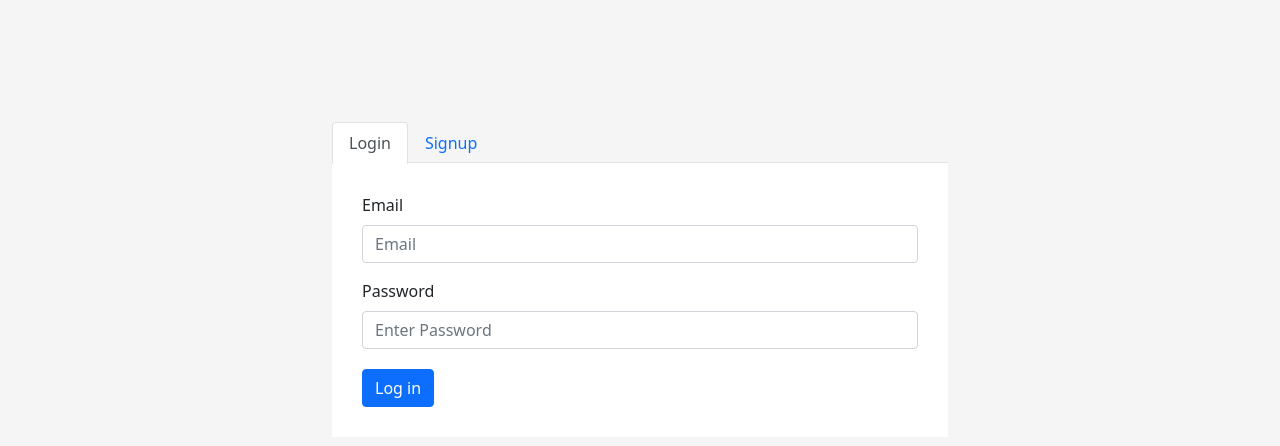
Repository: rabin-bhandari/LOGIN-SIGNUP
Page: http://localhost/
An editor plug-in stored every save of this project. The page is shown before and after the next save, followed by the edit.
The browser window is 1280 px wide. The pictures show the whole page.
Some web libraries are served in a nearby version. The page is run by PHP 8.4 with error messages shown; the project is at /var/www/html/.

Above is the page before, as saved 2022-03-28 04:43:09.

### index.php
<?php
session_start();
if (isset($_SESSION['id']) && isset($_SESSION['email'])) {
    header("Location: welcome.php");
}

?>
<!DOCTYPE html>
<html lang="en">

<head>
    <!-- Required meta tags -->
    <meta charset="utf-8" />
    <meta name="viewport" content="width=device-width, initial-scale=1" />

    <!-- Bootstrap CSS -->
    <link href="https://cdn.jsdelivr.net/npm/bootstrap@5.1.3/dist/css/bootstrap.min.css" rel="stylesheet" integrity="sha384-1BmE4kWBq78iYhFldvKuhfTAU6auU8tT94WrHftjDbrCEXSU1oBoqyl2QvZ6jIW3" crossorigin="anonymous" />
    <link rel="stylesheet" href="main.css" />
    <title>LOGIN-SIGNUP (JQuery)</title>
</head>

<body>
    <div class="container">
        <nav>
            <div class="nav nav-tabs" id="nav-tab" role="tablist">
                <button class="nav-link active" id="nav-home-tab" data-bs-toggle="tab" data-bs-target="#nav-login" type="button" role="tab" aria-controls="nav-login" aria-selected="true">Login</button>
                <button class="nav-link" id="nav-profile-tab" data-bs-toggle="tab" data-bs-target="#nav-signup" type="button" role="tab" aria-controls="nav-signup" aria-selected="false">Signup</button>
            </div>
        </nav>
        <div class="tab-content" id="nav-tabContent">
            <div class="tab-pane fade show active" id="nav-login" role="tabpanel" aria-labelledby="nav-login-tab">
                <form id="login-form" method="post" action="login.php" class="needs-validation" novalidate>
                    <div class="form-row">
                        <div class="mb-3">
                            <label for="email" class="form-label">Email</label>
                            <input name="email" type="email" class="form-control" id="email" placeholder="Email" required />
                            <div class="valid-feedback">
                                Looks good!
                            </div>
                        </div>
                    </div>
                    <div class="form-row">
                        <div class="mb-3">
                            <label for="password" class="form-label">Password</label>
                            <input name="password" type="password" class="form-control" id="password" placeholder="Enter Password" required />
                            <div class="valid-feedback">
                                Looks good!
                            </div>
                        </div>
                    </div>
                    <button class="btn btn-primary mt-1" type="submit">Log in</button>
                </form>
            </div>
            <div class="tab-pane fade" id="nav-signup" role="tabpanel" aria-labelledby="nav-signup-tab">
                <form id="signup-form" action="signup.php" method="post" class="needs-validation" novalidate>
                    <div class="row g-3 mb-3">
                        <div class="col-md-6">
                            <label for="first-name" class="form-label">First name</label>
                            <input type="text" class="form-control" id="first-name" name="fname" placeholder="First name" required>
                        </div>
                        <div class="col-md-6">
                            <label for="last-name" class="form-label">Last name</label>
                            <input type="text" class="form-control" id="last-name" name="lname" placeholder="Last name" required>

                        </div>
                    </div>
                    <div class="form-row">
                        <div class="mb-3">
                            <label for="email" class="form-label">Email</label>
                            <input type="email" class="form-control" id="email" name="email" placeholder="Email" required />
                        </div>
                    </div>
                    <div class="form-row">
                        <div class="mb-3">
                            <label for="validation1" class="form-label">Password</label>
                            <input type="password" class="form-control" id="validation1" name="validation1" placeholder="Enter Password" required />
                        </div>
                    </div>
                    <div class="form-row">
                        <div class="mb-3">
                            <label for="validation2" class="form-label">Confirm Password</label>
                            <input type="password" class="form-control" id="validation2" name="validation2" oninput="validate_pw2(this)" placeholder="Re-Enter Password" required />
                            <div class="invalid-feedback">
                                Password's do not match!
                            </div>
                        </div>
                    </div>
                    <button id="btn2" class="btn btn-primary mt-1" type="submit">Sign Up</button>
                </form>
            </div>
        </div>
    </div>
    <script src="https://code.jquery.com/jquery-3.6.0.min.js" integrity="sha256-/xUj+3OJU5yExlq6GSYGSHk7tPXikynS7ogEvDej/m4=" crossorigin="anonymous"></script>
    <script src="https://cdn.jsdelivr.net/npm/jquery-validation@1.19.3/dist/jquery.validate.min.js"></script>
    <script src="https://cdn.jsdelivr.net/npm/@popperjs/core@2.10.2/dist/umd/popper.min.js" integrity="sha384-7+zCNj/IqJ95wo16oMtfsKbZ9ccEh31eOz1HGyDuCQ6wgnyJNSYdrPa03rtR1zdB" crossorigin="anonymous"></script>
    <script src="https://cdn.jsdelivr.net/npm/bootstrap@5.1.3/dist/js/bootstrap.min.js" integrity="sha384-QJHtvGhmr9XOIpI6YVutG+2QOK9T+ZnN4kzFN1RtK3zEFEIsxhlmWl5/YESvpZ13" crossorigin="anonymous"></script>
    <script src="validation.js"></script>

</body>

</html>

### main.css
body {
  display: flex;
  justify-content: center;
  align-items: center;
  padding-top: 10vh;
  background-color: #f5f5f5;
}

.container {
  display: table;
  max-width: 50vw;
  margin: 50px auto;
}

.nav-tabs .nav-link {
  margin-bottom: -2px;
}

form {
  padding: 30px;
  background-color: #fff;
}

### validation.js
(function () {
  "use strict";

  // Fetch all the forms we want to apply custom Bootstrap validation styles to
  var forms = document.querySelectorAll(".needs-validation");

  // Loop over them and prevent submission
  Array.prototype.slice.call(forms).forEach(function (form) {
    form.addEventListener(
      "submit",
      function (event) {
        if (!form.checkValidity()) {
          event.preventDefault();
          event.stopPropagation();
        }
        form.classList.add("was-validated");
      },
      false
    );
  });
})();

function validate_pw2(pw2) {
  if (pw2.value !== $("#validation1").val()) {
    pw2.setCustomValidity("invalid");
  } else {
    pw2.setCustomValidity(""); // is valid
  }
}

function validate_edit_pw2(pw2) {
  // console.log("first:  " + $("#" + pw2.id + "1").val());
  // console.log("second:  " + $(pw2).val());
  if (pw2.value !== $("#" + pw2.id + "1").val()) {
    pw2.setCustomValidity("invalid");
  } else {
    pw2.setCustomValidity(""); // is valid
  }
}

After the next save:
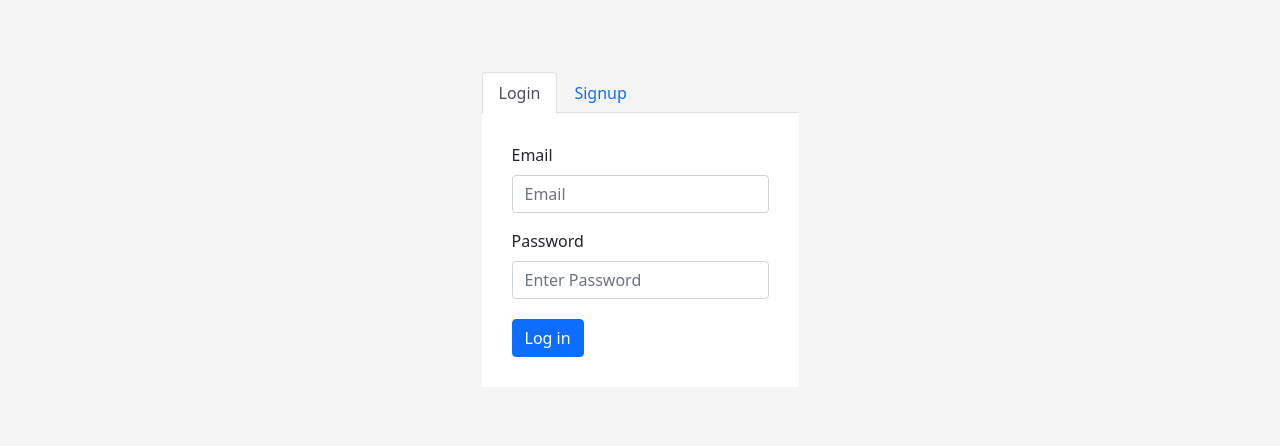
Saved 23 s later.
--- a/index.php
+++ b/index.php
@@ -20,7 +20,7 @@
 </head>
 
 <body>
-    <div class="container">
+    <div class="hello-container">
         <nav>
             <div class="nav nav-tabs" id="nav-tab" role="tablist">
                 <button class="nav-link active" id="nav-home-tab" data-bs-toggle="tab" data-bs-target="#nav-login" type="button" role="tab" aria-controls="nav-login" aria-selected="true">Login</button>

After the save that followed:
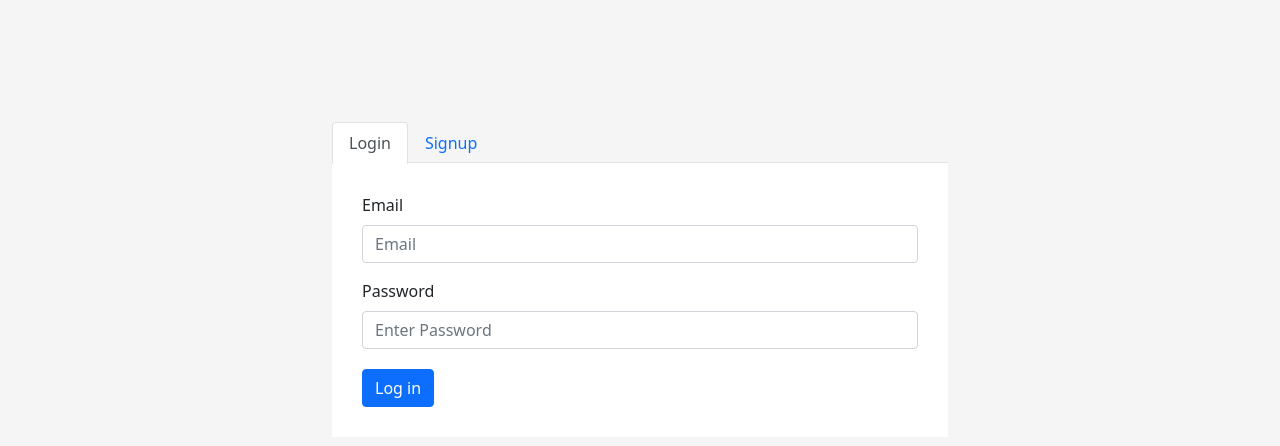
Saved 39 s later.
--- a/index.php
+++ b/index.php
@@ -20,7 +20,7 @@
 </head>
 
 <body>
-    <div class="hello-container">
+    <div class="container">
         <nav>
             <div class="nav nav-tabs" id="nav-tab" role="tablist">
                 <button class="nav-link active" id="nav-home-tab" data-bs-toggle="tab" data-bs-target="#nav-login" type="button" role="tab" aria-controls="nav-login" aria-selected="true">Login</button>
